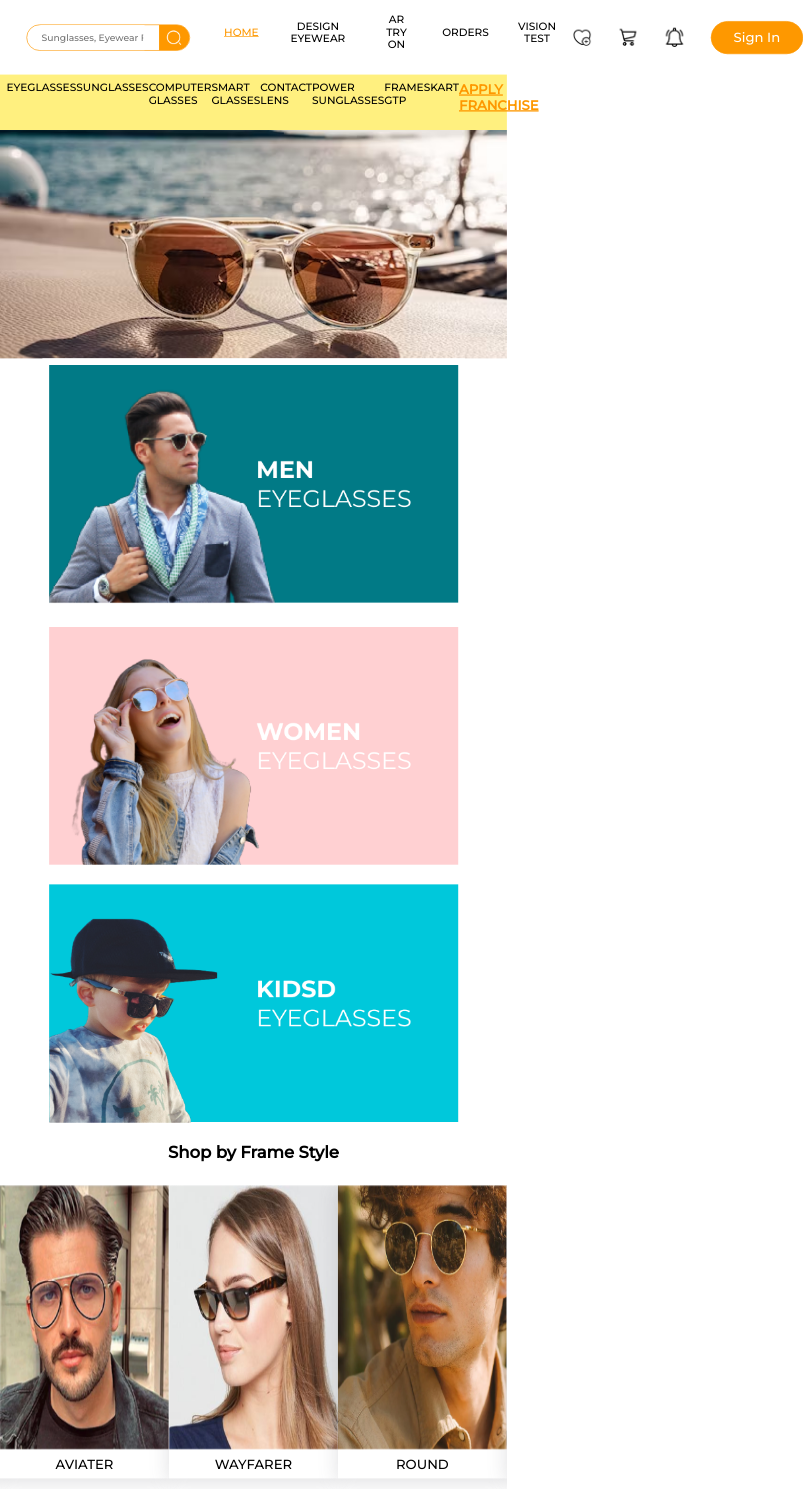
Repository: FlyweisReact/Frameskart
Page: /
The author's editor kept a copy of each file at every save. The page is drawn from the files as they stood at one save, then again after a run of saves.
The browser window is 768 px wide. The page is 1217 px wide, so the pictures cover 1217 px, including what lies to the right of the window. The pictures show the whole page, at 66% of full size.
The project was rebuilt for these pictures with package versions that can differ from the ones it lists, and the page was loaded fresh each time.

Above is the page before, as saved 2023-10-21 15:31:55.

After the next 2 saves:
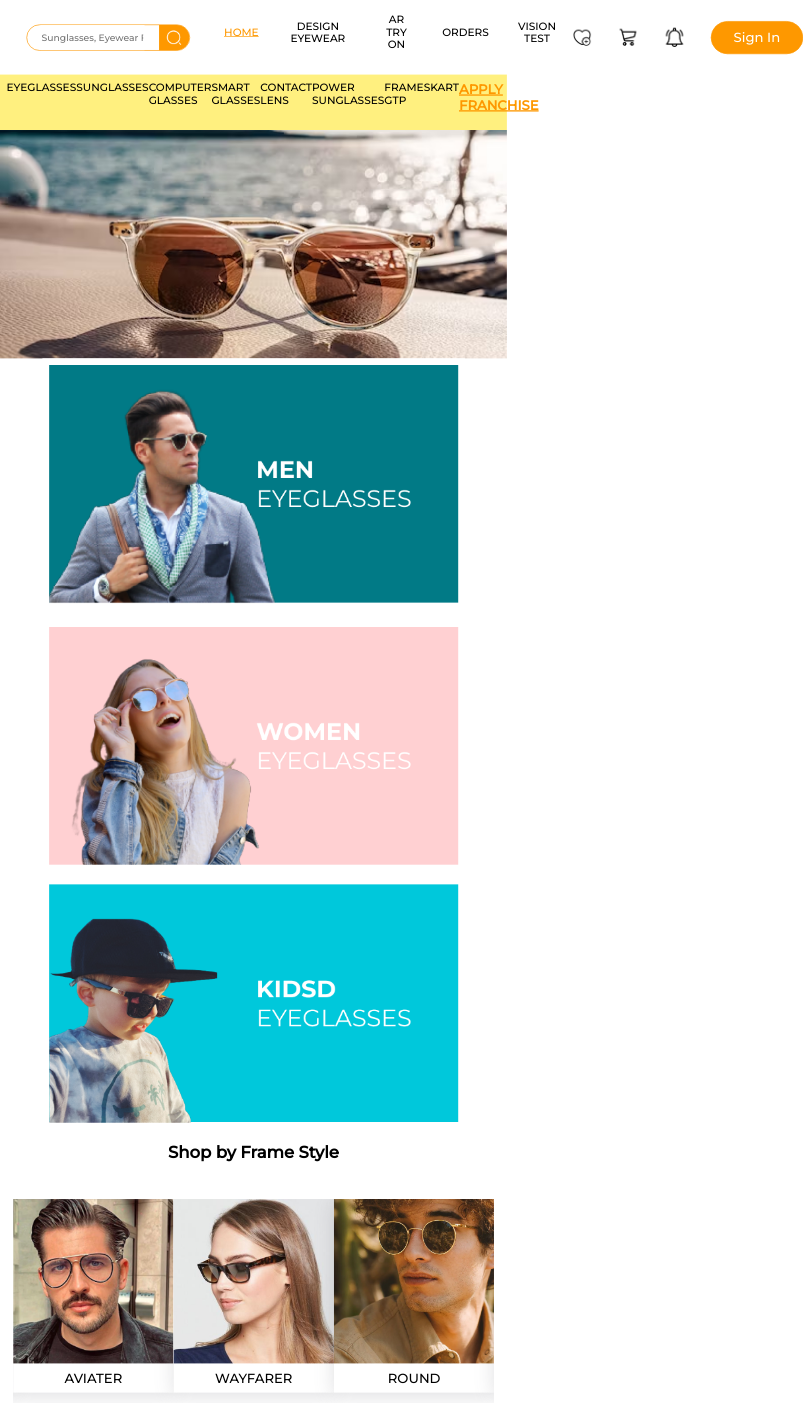
The 2 saves are shown as one change because they came seconds apart.
The last was saved 12 s later.
--- a/src/CSS/style.css
+++ b/src/CSS/style.css
@@ -206,13 +206,14 @@
     width: 100% !important;
     padding: 0;
     max-width: 100%;
+    padding: 20px;
   }
   .shop_slider .Main {
     width: 100% !important;
   }
   .shop_slider .Main  img{
     width: 100% !important;
-    /* height: 250px; */
+    height: 250px;
   }
 }
 
